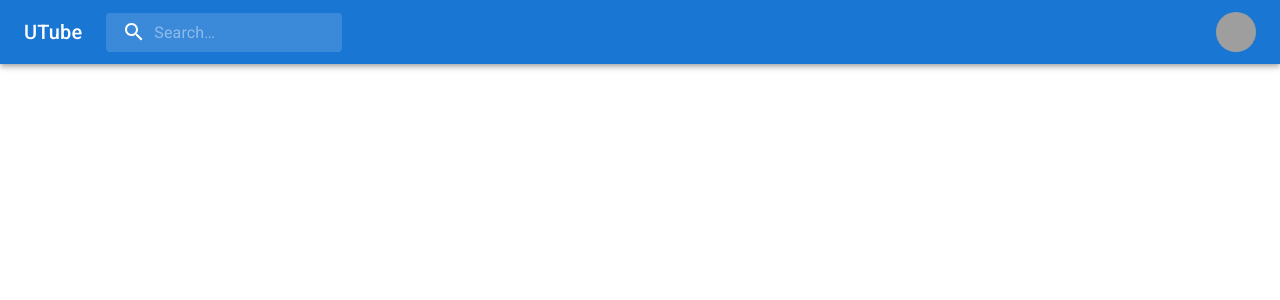
Repository: GokulDev4U/SocialBoatAssignment
Page: /
These files come from the project's save history. The page is drawn as it stood at one moment and after the next save; the edit follows.
The browser window is 1280 px wide. The pictures show the whole page.
Pictures or frames that could not be fetched are drawn as grey boxes. The page's requests for data from a server got no answer. The project was rebuilt for these pictures with package versions that can differ from the ones it lists, and the page was loaded fresh each time. No one was signed in, and anything a server would have sent is missing. Also part of the build but not shown: src/components/VideoCard.jsx.

Above is the page before, as saved 2022-05-15 17:24:24.

After the next save:
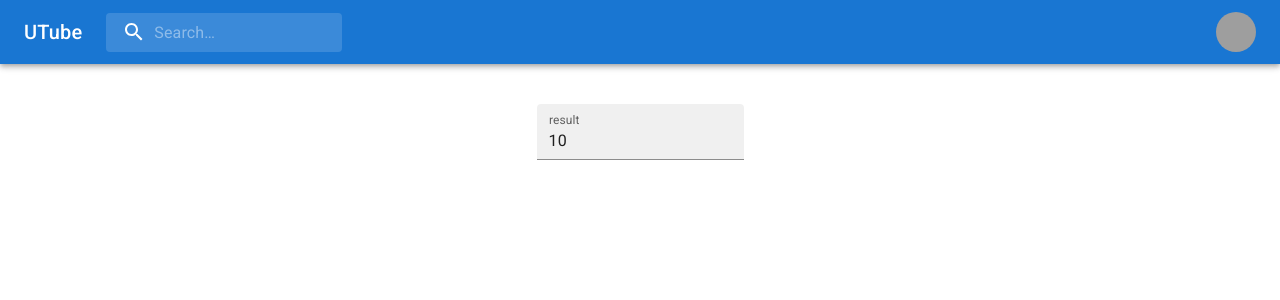
Saved 37 s later.
--- a/src/components/Header.jsx
+++ b/src/components/Header.jsx
@@ -3,6 +3,7 @@ import Box from '@mui/material/Box';
 import VideoList from './VideoList';
 import useFetch from './useFetch';
 import NavBar from './NavBar';
+import Result from './Result';
 
 export default function Header() {
     const [search, setSearch] = useState('');
@@ -34,7 +35,7 @@ export default function Header() {
             {/* setResults={setResults} results={results}    */}
             <NavBar setSearch={setSearch} search={search} />
 
-
+            <Result setResults={setResults} results={results} />
 
             <VideoList fetchVideo={data} />
         </Box>
